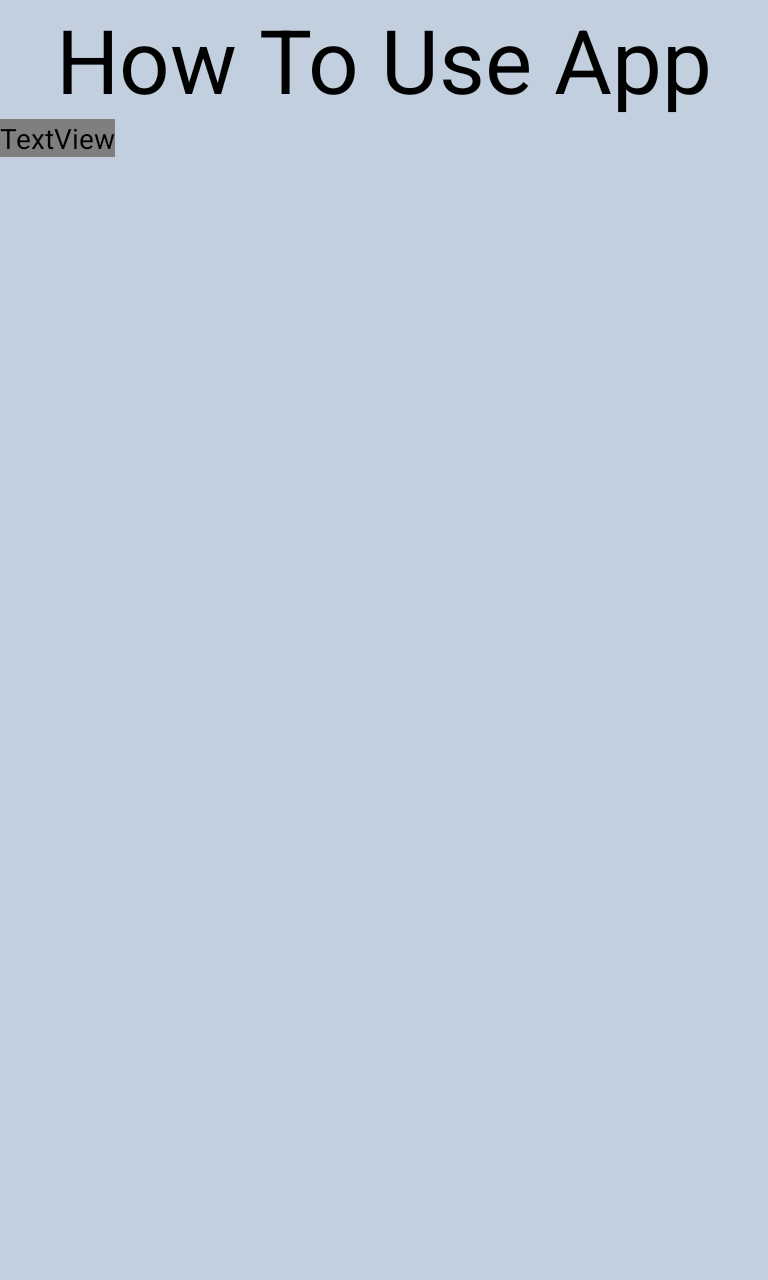
Repository: parinya1968/My-project
Layout: DroidWork/getBig/res/layout/howto.xml
An editor plug-in stored every save of this project. The layout is shown before and after the next save, followed by the edit.
Pictures or frames that could not be fetched are drawn as grey boxes. It is drawn on a 768 x 1280 px phone screen (xhdpi) without system bars, with theme android:Theme.NoTitleBar.Fullscreen; the app's code is not run.

Above is the layout before, as saved 2012-06-20 05:02:02.

### DroidWork/getBig/res/layout/howto.xml
<?xml version="1.0" encoding="utf-8"?>
<LinearLayout xmlns:android="http://schemas.android.com/apk/res/android"
    android:layout_width="fill_parent"
    android:layout_height="fill_parent"
    android:background="#C2CFDF"
    android:orientation="vertical" >

    <TextView
        android:layout_width="wrap_content"
        android:layout_height="wrap_content"
        android:layout_gravity="center_horizontal"
        android:text="How To Use App"
        android:textColor="#000000"
        android:textSize="20pt" />


    <TextView
        android:id="@+id/textView1"
        android:layout_width="wrap_content"
        android:layout_height="wrap_content"
        android:layout_gravity="left"
        android:textSize="12pt"
        android:textColor="color@red"
        android:text="
        1. This application will guide you how to build mass mucular.
        2. First create a profile you will be assume to Basic Routine by default.
        3. Follow a Routine.
        4. In every two weeks you should update you profile to see a result of workout.
        5. This is just Demo application I'll integrate more and more function(s) in the future." />

</LinearLayout>

After the next save:
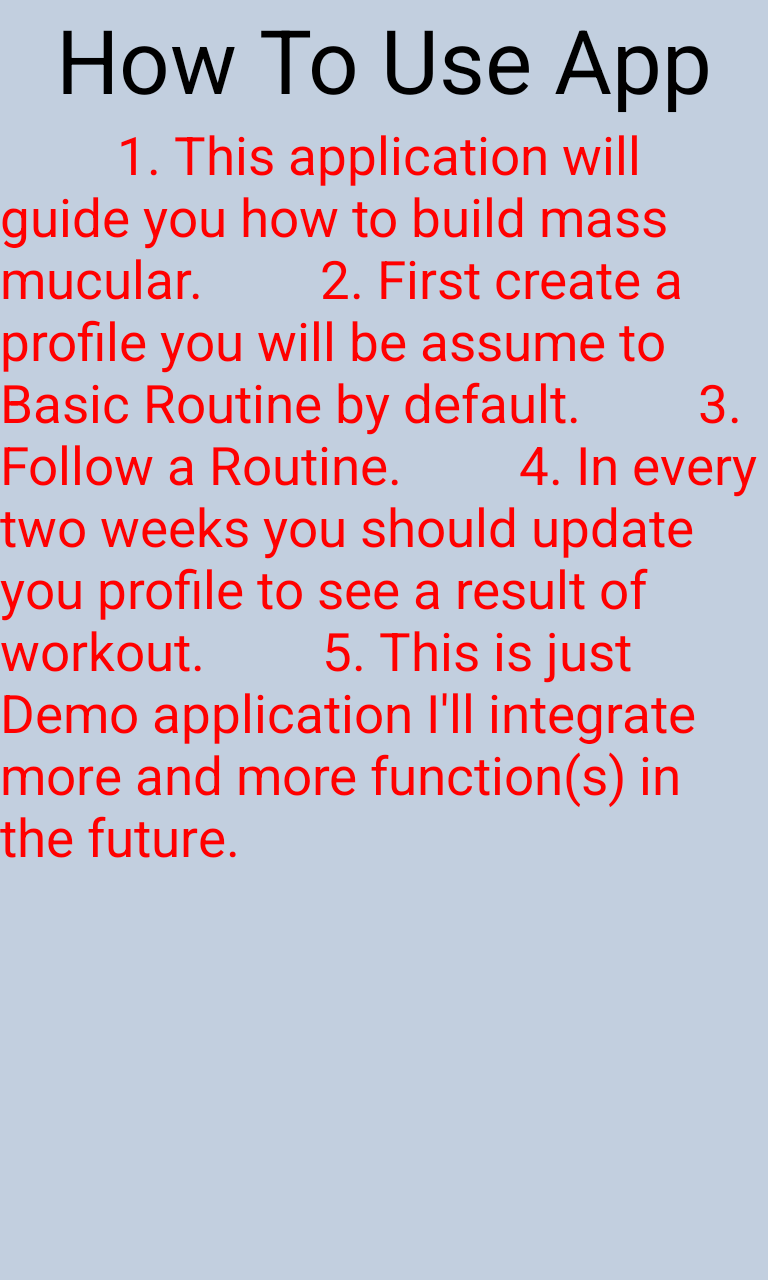
Saved 74 s later.
--- a/DroidWork/getBig/res/layout/howto.xml
+++ b/DroidWork/getBig/res/layout/howto.xml
@@ -20,7 +20,7 @@
         android:layout_height="wrap_content"
         android:layout_gravity="left"
         android:textSize="12pt"
-        android:textColor="color@red"
+        android:textColor="@android:color/red"
         android:text="
         1. This application will guide you how to build mass mucular.
         2. First create a profile you will be assume to Basic Routine by default.
